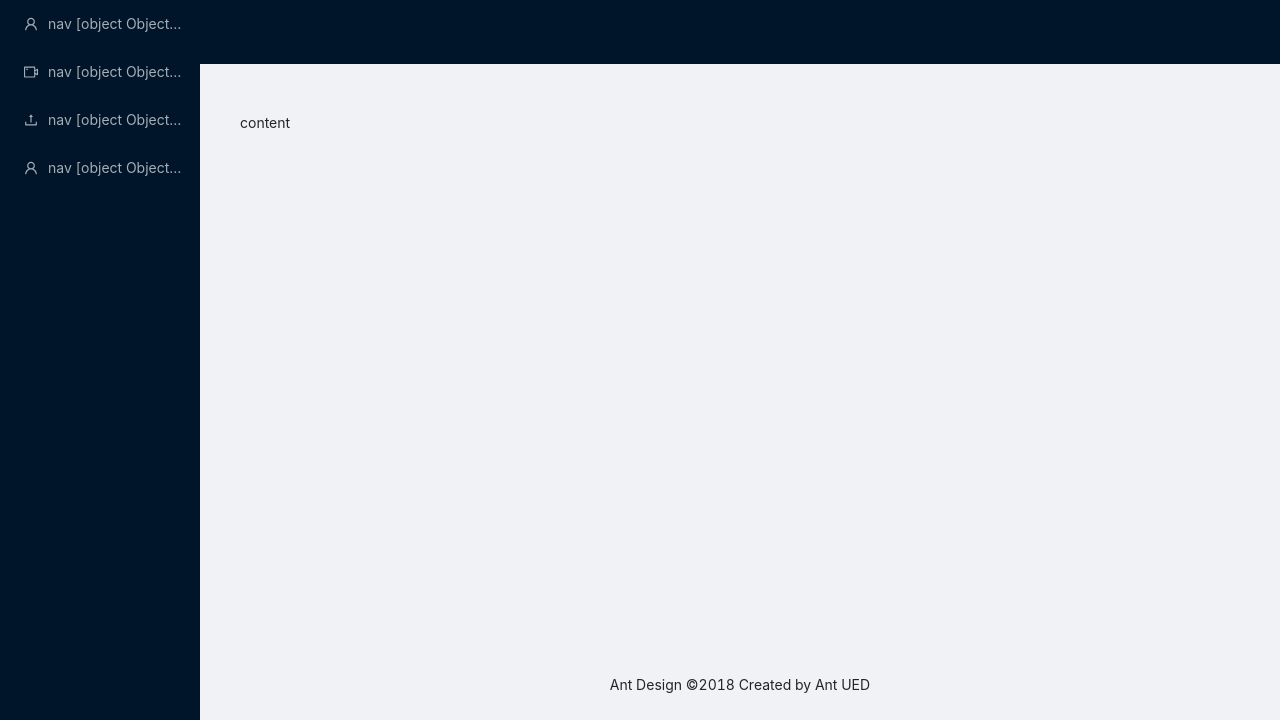
Repository: yangddoddi/community_react
Page: /
An editor plug-in stored every save of this project. The page is shown before and after a run of saves, followed by the edit.
The browser window is 1280 px wide. The pictures show the whole page.
The project was rebuilt for these pictures with package versions that can differ from the ones it lists, and the page was loaded fresh each time.

Above is the page before, as saved 2022-08-17 02:33:14.

### src/App.js
import {
  UploadOutlined,
  UserOutlined,
  VideoCameraOutlined,
} from "@ant-design/icons";
import { Layout, Menu } from "antd";
import "antd/dist/antd.css";
import "./App.scss";
import React from "react";
import styled from "styled-components";
const { Header, Content, Footer, Sider } = Layout;

const LayoutStyled = styled(Layout)`
  height: 100%;
`;

const ContentStyled = styled(Content)`
  height: 100%;
`;

const App = () => {
  const items = [
    { label: "item 1", key: "item-1" },
    { label: "item 2", key: "item-2" },
  ];

  return (
    <LayoutStyled>
      <Sider
        breakpoint="lg"
        collapsedWidth="0"
        onBreakpoint={(broken) => {
          console.log(broken);
        }}
        onCollapse={(collapsed, type) => {
          console.log(collapsed, type);
        }}
      >
        <div className="logo" />
        <Menu
          theme="dark"
          mode="inline"
          defaultSelectedKeys={["4"]}
          items={[
            UserOutlined,
            VideoCameraOutlined,
            UploadOutlined,
            UserOutlined,
          ].map((icon, index) => ({
            key: String(items + 1),
            icon: React.createElement(icon),
            label: `nav ${items + 1}`,
          }))}
        />
      </Sider>
      <Layout>
        <Header
          className="site-layout-sub-header-background"
          style={{
            padding: 0,
          }}
        />
        <ContentStyled
          style={{
            margin: "24px 16px 0",
          }}
        >
          <div
            className="site-layout-background"
            style={{
              padding: 24,
              minHeight: 360,
            }}
          >
            content
          </div>
        </ContentStyled>
        <Footer
          style={{
            textAlign: "center",
          }}
        >
          Ant Design ©2018 Created by Ant UED
        </Footer>
      </Layout>
    </LayoutStyled>
  );
};

export default App;

### src/App.scss
.site-layout-content {
    min-height: 280px;
    padding: 24px;
    background: #fff;
  }
  #components-layout-demo-top .logo {
    float: left;
    width: 120px;
    height: 31px;
    margin: 16px 24px 16px 0;
    background: rgba(255, 255, 255, 0.3);
  }
  .ant-row-rtl #components-layout-demo-top .logo {
    float: right;
    margin: 16px 0 16px 24px;
  }

  #root {
    height: 100%;
  }

Loaded but not shown: public/index.html (common file); src/index.js (common file); src/index.css (common file); src/reportWebVitals.js (common file)

After the next 2 saves:
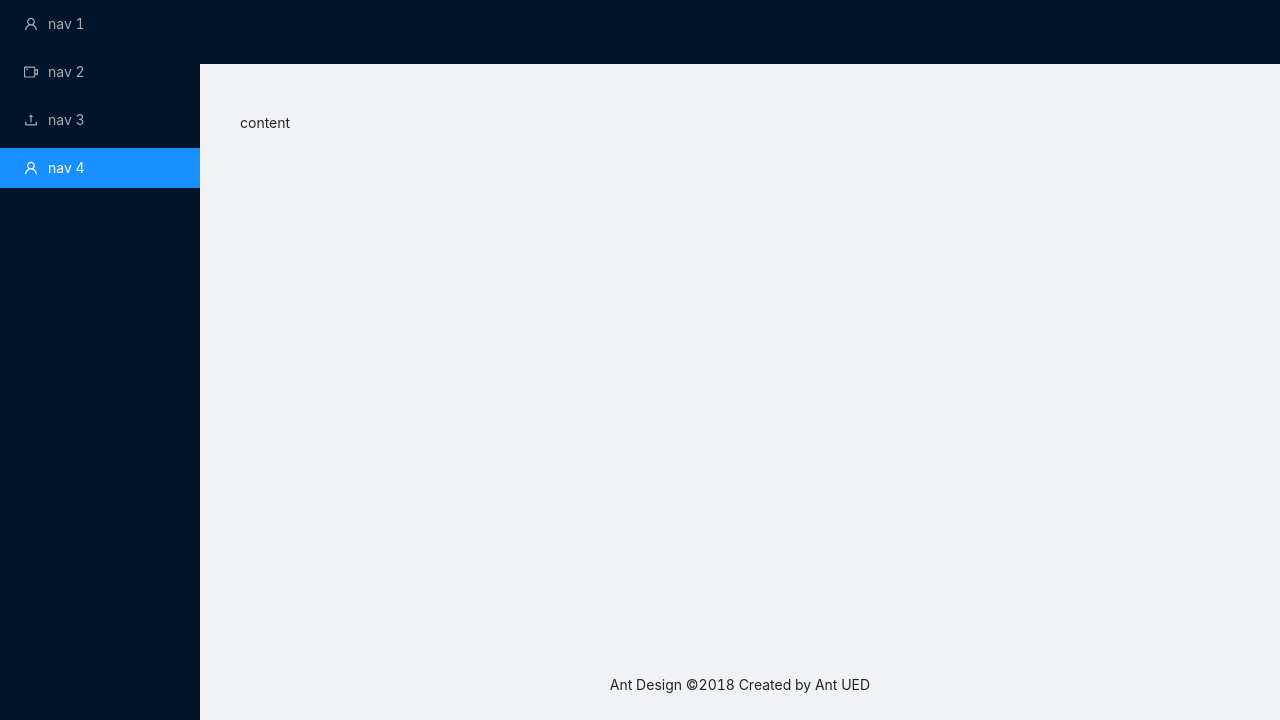
The 2 saves are shown as one change because they came seconds apart.
The last was saved 16 s later.
--- a/src/App.js
+++ b/src/App.js
@@ -47,9 +47,9 @@ const App = () => {
             UploadOutlined,
             UserOutlined,
           ].map((icon, index) => ({
-            key: String(items + 1),
+            key: String(index + 1),
             icon: React.createElement(icon),
-            label: `nav ${items + 1}`,
+            label: `nav ${index + 1}`,
           }))}
         />
       </Sider>
